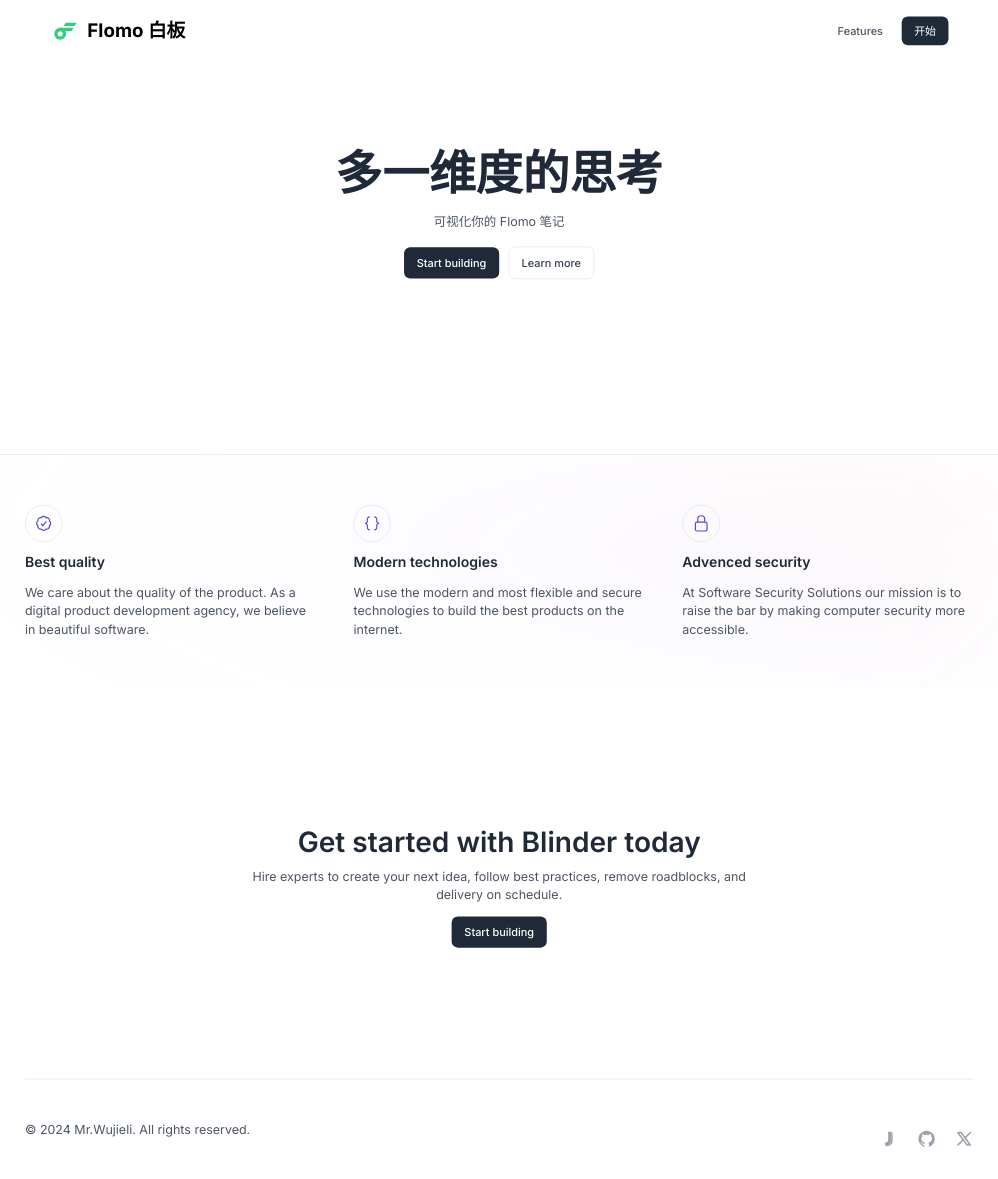
Repository: wujieli0207/flomo-board
Page: /
The author's editor kept a copy of each file at every save. The page is drawn from the files as they stood at one save, then again after the next save.
The browser window is 1280 px wide. The pictures show the whole page, at 78% of full size.
The project was rebuilt for these pictures with package versions that can differ from the ones it lists, and the page was loaded fresh each time. The framework's server and built-in components were replaced by stand-ins that run in the browser. Also part of the build but not shown: next.config.mjs.

Above is the page before, as saved 2024-06-22 20:14:24.

### app/page.tsx
import GradientWrapper from '@/components/GradientWrapper'
import Features from '@/components/ui/Features'
import Footer from '@/components/ui/Footer'
import FooterCTA from '@/components/ui/FooterCTA'
import Hero from '@/components/ui/Hero'
import Navbar from '@/components/ui/Navbar'

export default function Home() {
  return (
    <>
      <Navbar />
      <main className="flex min-h-screen flex-col items-center justify-between">
        <Hero />
        <GradientWrapper>
          <Features />
        </GradientWrapper>
        <FooterCTA />
      </main>
      <Footer />
    </>
  )
}

### app/globals.css
@tailwind base;
@tailwind components;
@tailwind utilities;

.custom-screen {
  @apply max-w-screen-xl mx-auto px-4 md:px-8;
}

.gradient-border {
  border: 1px solid transparent;
  background: linear-gradient(white, white),
    linear-gradient(
      25deg,
      rgba(209, 213, 219, 1),
      rgba(209, 213, 219, 1),
      rgba(0, 0, 0, 0.63),
      rgba(209, 213, 219, 1),
      rgba(209, 213, 219, 1)
    );
  background-clip: padding-box, border-box;
  background-origin: padding-box, border-box;
}

### components/GradientWrapper.tsx
import { ReactNode } from 'react'

interface IProps {
  children: ReactNode
  className?: string
}

const GradientWrapper = ({ children, className = '' }: IProps) => (
  <div
    className={`relative overflow-hidden my-16 border-t sm:my-28 ${
      className ?? ''
    }`}
  >
    <div
      className="blur-[100px] absolute inset-0 w-full h-full"
      style={{
        background:
          'linear-gradient(202.72deg, rgba(237, 78, 80, 0.05) 14.76%, rgba(152, 103, 240, 0.04) 34.37%, rgba(152, 103, 240, 0) 86.62%)',
      }}
    ></div>
    <div className="relative">{children}</div>
  </div>
)

export default GradientWrapper

### components/ui/Features/index.tsx
import SectionWrapper from '../../SectionWrapper'

const Features = () => {
  const features = [
    {
      icon: (
        <svg
          xmlns="http://www.w3.org/2000/svg"
          fill="none"
          viewBox="0 0 24 24"
          strokeWidth={1.5}
          stroke="currentColor"
          className="w-6 h-6"
        >
          <path
            strokeLinecap="round"
            strokeLinejoin="round"
            d="M9 12.75L11.25 15 15 9.75M21 12c0 1.268-.63 2.39-1.593 3.068a3.745 3.745 0 01-1.043 3.296 3.745 3.745 0 01-3.296 1.043A3.745 3.745 0 0112 21c-1.268 0-2.39-.63-3.068-1.593a3.746 3.746 0 01-3.296-1.043 3.745 3.745 0 01-1.043-3.296A3.745 3.745 0 013 12c0-1.268.63-2.39 1.593-3.068a3.745 3.745 0 011.043-3.296 3.746 3.746 0 013.296-1.043A3.746 3.746 0 0112 3c1.268 0 2.39.63 3.068 1.593a3.746 3.746 0 013.296 1.043 3.746 3.746 0 011.043 3.296A3.745 3.745 0 0121 12z"
          />
        </svg>
      ),
      title: 'Best quality',
      desc: 'We care about the quality of the product. As a digital product development agency, we believe in beautiful software.',
    },
    {
      icon: (
        <svg
          className="w-6 h-6"
          viewBox="0 0 24 24"
          fill="none"
          xmlns="http://www.w3.org/2000/svg"
        >
          <path
            fill-rule="evenodd"
            clip-rule="evenodd"
            d="M9 4.476V3H8.865C8.3955 3 7.941 3.093 7.5015 3.2775C7.06407 3.46087 6.66854 3.73136 6.339 4.0725C6.01829 4.39483 5.76667 4.77915 5.5995 5.202V5.2035C5.45069 5.60502 5.35097 6.02305 5.3025 6.4485V6.4515C5.25984 6.8816 5.24781 7.31419 5.2665 7.746C5.2845 8.181 5.2935 8.616 5.2935 9.0495C5.2935 9.354 5.2335 9.639 5.118 9.9075V9.909C4.89786 10.433 4.48805 10.8546 3.9705 11.0895C3.70659 11.2048 3.42148 11.2635 3.1335 11.262H3V12.738H3.135C3.4275 12.738 3.705 12.798 3.969 12.9195L3.9705 12.921C4.2375 13.038 4.464 13.197 4.653 13.398L4.656 13.401C4.851 13.596 5.0055 13.8285 5.1165 14.0985L5.118 14.1015C5.235 14.3715 5.2935 14.6535 5.2935 14.9505C5.2935 15.3855 5.2845 15.8205 5.2665 16.254C5.2485 16.698 5.2605 17.1315 5.3025 17.559V17.5605C5.352 17.985 5.451 18.3975 5.598 18.7965V18.798C5.757 19.2075 6.0045 19.584 6.339 19.9275C6.6735 20.2725 7.062 20.538 7.5015 20.7225C7.941 20.907 8.3955 21 8.8665 21H9V19.524H8.865C8.565 19.524 8.2845 19.467 8.0205 19.3515C7.76585 19.2325 7.53389 19.0701 7.335 18.8715C7.14192 18.666 6.98519 18.4291 6.8715 18.171C6.7605 17.901 6.7065 17.616 6.7065 17.3115C6.7065 16.9695 6.711 16.632 6.723 16.3035C6.735 15.9615 6.735 15.6285 6.723 15.306C6.71771 14.9845 6.69015 14.6637 6.6405 14.346C6.59278 14.0326 6.50819 13.726 6.3885 13.4325C6.15504 12.8646 5.77322 12.3698 5.283 12C5.77377 11.6304 6.15612 11.1356 6.39 10.5675C6.51 10.2795 6.5925 9.978 6.642 9.6645C6.6915 9.3495 6.7185 9.03 6.7245 8.7045C6.7365 8.3745 6.7365 8.0415 6.7245 7.7055C6.7125 7.3695 6.7065 7.0305 6.7065 6.6885C6.7039 6.25858 6.82703 5.83727 7.06076 5.47643C7.29448 5.11558 7.6286 4.83093 8.022 4.6575C8.28687 4.53605 8.57512 4.4741 8.8665 4.476H9ZM15 19.524V21H15.135C15.6045 21 16.059 20.907 16.4985 20.7225C16.938 20.538 17.3265 20.2725 17.661 19.9275C17.9955 19.5825 18.243 19.2075 18.4005 18.798V18.7965C18.5505 18.3975 18.648 17.982 18.6975 17.5515V17.5485C18.7395 17.1285 18.7515 16.698 18.7335 16.254C18.7155 15.819 18.7065 15.384 18.7065 14.9505C18.7065 14.646 18.7665 14.361 18.882 14.0925V14.091C19.1019 13.5668 19.5118 13.1452 20.0295 12.9105C20.2935 12.7954 20.5785 12.7367 20.8665 12.738H21V11.262H20.865C20.571 11.262 20.2935 11.202 20.0295 11.0805L20.028 11.079C19.7705 10.968 19.5382 10.8057 19.3455 10.602L19.3425 10.599C19.1443 10.3993 18.9878 10.1622 18.882 9.9015V9.8985C18.7648 9.63083 18.7045 9.34171 18.705 9.0495C18.705 8.6145 18.714 8.1795 18.732 7.746C18.7507 7.3107 18.7387 6.87461 18.696 6.441V6.4395C18.6474 6.01715 18.5482 5.60217 18.4005 5.2035V5.202C18.2329 4.77902 17.9807 4.39469 17.6595 4.0725C17.3299 3.7314 16.9344 3.46091 16.497 3.2775C16.0653 3.09415 15.601 2.99977 15.132 3H15V4.476H15.135C15.435 4.476 15.7155 4.533 15.978 4.6485C16.239 4.7715 16.467 4.9305 16.6635 5.1285C16.854 5.3295 17.0085 5.5635 17.127 5.829C17.238 6.099 17.292 6.384 17.292 6.6885C17.292 7.0305 17.2875 7.3665 17.2755 7.6965C17.2635 8.0385 17.2635 8.3715 17.2755 8.694C17.2815 9.027 17.3085 9.3465 17.358 9.654C17.4075 9.975 17.4915 10.278 17.61 10.5675C17.8439 11.1356 18.2263 11.6303 18.717 12C18.2263 12.3697 17.8439 12.8644 17.61 13.4325C17.4912 13.7227 17.4066 14.0257 17.358 14.3355C17.3085 14.6505 17.2815 14.97 17.2755 15.2955C17.2634 15.6284 17.2634 15.9616 17.2755 16.2945C17.2875 16.6305 17.2935 16.9695 17.2935 17.3115C17.2959 17.7414 17.1727 18.1626 16.939 18.5234C16.7053 18.8842 16.3713 19.1689 15.978 19.3425C15.7131 19.4639 15.4249 19.5259 15.1335 19.524H15Z"
            fill="currentColor"
          />
        </svg>
      ),
      title: 'Modern technologies',
      desc: 'We use the modern and most flexible and secure technologies to build the best products on the internet.',
    },
    {
      icon: (
        <svg
          xmlns="http://www.w3.org/2000/svg"
          fill="none"
          viewBox="0 0 24 24"
          strokeWidth={1.5}
          stroke="currentColor"
          className="w-6 h-6"
        >
          <path
            strokeLinecap="round"
            strokeLinejoin="round"
            d="M16.5 10.5V6.75a4.5 4.5 0 10-9 0v3.75m-.75 11.25h10.5a2.25 2.25 0 002.25-2.25v-6.75a2.25 2.25 0 00-2.25-2.25H6.75a2.25 2.25 0 00-2.25 2.25v6.75a2.25 2.25 0 002.25 2.25z"
          />
        </svg>
      ),
      title: 'Advenced security',
      desc: 'At Software Security Solutions our mission is to raise the bar by making computer security more accessible.',
    },
  ]

  return (
    <SectionWrapper>
      <div id="features" className="custom-screen text-gray-600">
        <ul className="grid gap-x-12 gap-y-8 sm:grid-cols-2 lg:grid-cols-3">
          {features.map((item, idx) => (
            <li key={idx} className="space-y-3">
              <div className="w-12 h-12 border text-indigo-600 rounded-full flex items-center justify-center">
                {item.icon}
              </div>
              <h4 className="text-lg text-gray-800 font-semibold">
                {item.title}
              </h4>
              <p>{item.desc}</p>
            </li>
          ))}
        </ul>
      </div>
    </SectionWrapper>
  )
}

export default Features

### components/ui/Footer/index.tsx
import Link from 'next/link'

const socialInfo = [
  {
    icon: (
      <svg
        className="fill-current h-6"
        viewBox="0 0 1024 1024"
        version="1.1"
        xmlns="http://www.w3.org/2000/svg"
        p-id="11966"
      >
        <path
          d="M297.88660622 864.60698169a17.99472925 17.99472925 0 0 1-1.92238933 0.35535076l61.27179093 59.73970488c58.91832035-5.41181725 116.59000035-20.90744035 159.05150293-36.26325333 42.49645511-15.39076551 77.44316302-35.15642311 104.9100288-59.38435413a221.79130027 221.79130027 0 0 0 61.02129778-87.27647574c13.18293049-33.98551325 19.77148302-73.20225565 19.77148302-117.66187804V404.55008711c0-49.51608889 0.18058809-92.43779982 0.53593885-128.73600569 0.35535075-36.3331584 0.57089138-69.10698382 0.57089138-98.42633387l-68.53609245-54.67741297c0 29.24361955-0.18058809 62.01744498-0.53593884 98.31565084s-0.53593885 79.22574222-0.53593884 128.73600569v219.57763982c0 44.45379698-6.58855253 83.6763648-19.77148303 117.62692552a221.8786816 221.8786816 0 0 1-61.02129777 87.27647573c-27.43191325 24.2221056-62.40774827 44.02854115-104.9100288 59.38435413-41.93138915 15.16357405-91.9076864 25.49787307-149.89976463 30.97959538z"
          p-id="11967"
        ></path>
        <path
          d="M634.59018525 122.59965155c0 29.27857209-0.21554062 62.08735005-0.57089138 98.39138134a13396.43221333 13396.43221333 0 0 0-0.53593885 128.77678364v219.57763982c0 44.45379698-6.58855253 83.6763648-19.80643555 117.62692552a221.85537991 221.85537991 0 0 1-60.98634525 87.27647573c-27.46686578 24.2221056-62.44852622 44.02854115-104.9100288 59.38435413s-93.15432675 25.75419165-152.07264711 31.17183432l-33.05927111-142.02379378c26.85519645-2.98261618 53.48320142-7.79441493 79.68595058-14.38879289a165.97210453 165.97210453 0 0 0 59.62902187-28.46301298c18.05880889-14.06839467 31.70194773-31.77767822 40.96436906-53.1103744 9.19251627-21.3385216 13.78294898-49.51608889 13.78294898-84.5676544 0-28.21251982 0.1048576-57.92217315 0.28544569-89.19886507 0.18058809-31.24173938 0.25049315-63.51457849 0.25049315-96.74861226 0-57.85226809-0.25049315-103.83815111-0.786432-137.99842702-0.57089138-34.16027591-0.9961472-66.04281173-1.35149795-95.68256h179.42882987l0.0524288-0.0233017z"
          p-id="11968"
        ></path>
      </svg>
    ),
    href: 'https://web.okjike.com/u/737645D8-42B5-4B4F-9687-DCA50D85DE1A',
  },
  {
    icon: (
      <svg
        className="fill-current h-6 icon"
        viewBox="0 0 1024 1024"
        version="1.1"
        xmlns="http://www.w3.org/2000/svg"
        p-id="10708"
      >
        <path
          d="M511.6 76.3C264.3 76.2 64 276.4 64 523.5 64 718.9 189.3 885 363.8 946c23.5 5.9 19.9-10.8 19.9-22.2v-77.5c-135.7 15.9-141.2-73.9-150.3-88.9C215 726 171.5 718 184.5 703c30.9-15.9 62.4 4 98.9 57.9 26.4 39.1 77.9 32.5 104 26 5.7-23.5 17.9-44.5 34.7-60.8-140.6-25.2-199.2-111-199.2-213 0-49.5 16.3-95 48.3-131.7-20.4-60.5 1.9-112.3 4.9-120 58.1-5.2 118.5 41.6 123.2 45.3 33-8.9 70.7-13.6 112.9-13.6 42.4 0 80.2 4.9 113.5 13.9 11.3-8.6 67.3-48.8 121.3-43.9 2.9 7.7 24.7 58.3 5.5 118 32.4 36.8 48.9 82.7 48.9 132.3 0 102.2-59 188.1-200 212.9 23.5 23.2 38.1 55.4 38.1 91v112.5c0.8 9 0 17.9 15 17.9 177.1-59.7 304.6-227 304.6-424.1 0-247.2-200.4-447.3-447.5-447.3z"
          p-id="10709"
        ></path>
      </svg>
    ),
    href: 'https://github.com/wujieli0207',
  },
  {
    icon: (
      <svg
        xmlns="http://www.w3.org/2000/svg"
        width="24"
        height="24"
        viewBox="0 0 24 24"
        fill="none"
        stroke="currentColor"
        stroke-width="2"
        stroke-linecap="round"
        stroke-linejoin="round"
      >
        <path stroke="none" d="M0 0h24v24H0z" fill="none" />
        <path d="M4 4l11.733 16h4.267l-11.733 -16z" />
        <path d="M4 20l6.768 -6.768m2.46 -2.46l6.772 -6.772" />
      </svg>
    ),
    href: 'https://x.com/li_wujie',
  },
]

const Footer = () => (
  <footer>
    <div className="custom-screen pt-16">
      <div className="mt-10 py-10 border-t items-center justify-between sm:flex">
        <p className="text-gray-600">
          © 2024{' '}
          <Link
            href="https://wujieli.com"
            target="_blank"
            className="hover:text-gray-800 hover:underline duration-150"
          >
            Mr.Wujieli
          </Link>
          . All rights reserved.
        </p>
        <div className="flex items-center gap-x-6 text-gray-400 mt-6">
          {socialInfo.map((item, idx) => (
            <a
              key={idx}
              href={item.href}
              aria-label="social media"
              target="_blank"
              rel="noreferrer"
            >
              {item.icon}
            </a>
          ))}
        </div>
      </div>
    </div>
  </footer>
)

export default Footer

### components/ui/FooterCTA/index.tsx
import SectionWrapper from '../../SectionWrapper'
import NavLink from '../NavLink'

const FooterCTA = () => (
  <SectionWrapper>
    <div className="custom-screen">
      <div className="max-w-2xl mx-auto text-center">
        <h2 className="text-gray-800 text-3xl font-semibold sm:text-4xl">
          Get started with Blinder today
        </h2>
        <p className="mt-3 text-gray-600">
          Hire experts to create your next idea, follow best practices, remove
          roadblocks, and delivery on schedule.
        </p>
        <NavLink
          href="/get-started"
          className="mt-4 inline-block font-medium text-sm text-white bg-gray-800 hover:bg-gray-600 active:bg-gray-900"
        >
          Start building
        </NavLink>
      </div>
    </div>
  </SectionWrapper>
)

export default FooterCTA

### components/ui/Hero/index.tsx
import NavLink from '../NavLink'

const Hero = () => (
  <section>
    <div className="custom-screen py-28 text-gray-600">
      <div className="space-y-5 max-w-4xl mx-auto text-center">
        <h1 className="text-4xl text-gray-800 font-extrabold mx-auto sm:text-6xl">
          多一维度的思考
        </h1>
        <p className="max-w-xl mx-auto">可视化你的 Flomo 笔记</p>
        <div className="flex items-center justify-center gap-x-3 font-medium text-sm">
          <NavLink
            href="/get-started"
            className="text-white bg-gray-800 hover:bg-gray-600 active:bg-gray-900 "
          >
            Start building
          </NavLink>
          <NavLink
            href="#cta"
            className="text-gray-700 border hover:bg-gray-50"
          >
            Learn more
          </NavLink>
        </div>
      </div>
    </div>
  </section>
)

export default Hero

### components/ui/Navbar/index.tsx
'use client'

import Link from 'next/link'
import { useEffect, useState } from 'react'
import Brand from '../Brand'
import NavLink from '../NavLink'

const Navbar = () => {
  const [state, setState] = useState(false)
  // const { events } = useRouter()

  const navigation = [{ title: 'Features', path: '#features' }]

  useEffect(() => {
    // Close the navbar menu when navigate
    const handleState = () => {
      document.body.classList.remove('overflow-hidden')
      setState(false)
    }
    // events.on('routeChangeStart', () => handleState())
    // events.on('hashChangeStart', () => handleState())
  }, [])

  const handleNavMenu = () => {
    setState(!state)
    document.body.classList.toggle('overflow-hidden')
  }

  return (
    <nav
      className={`bg-white w-full px-8 md:static md:text-sm ${
        state ? 'fixed z-10 h-full' : ''
      }`}
    >
      <div className="custom-screen items-center mx-auto md:flex">
        <div className="flex items-center justify-between py-3 md:py-5 md:block">
          <Brand />
          <div className="md:hidden">
            <button
              role="button"
              aria-label="Open the menu"
              className="text-gray-500 hover:text-gray-800"
              onClick={handleNavMenu}
            >
              {state ? (
                <svg
                  xmlns="http://www.w3.org/2000/svg"
                  className="h-6 w-6"
                  viewBox="0 0 20 20"
                  fill="currentColor"
                >
                  <path
                    fillRule="evenodd"
                    d="M4.293 4.293a1 1 0 011.414 0L10 8.586l4.293-4.293a1 1 0 111.414 1.414L11.414 10l4.293 4.293a1 1 0 01-1.414 1.414L10 11.414l-4.293 4.293a1 1 0 01-1.414-1.414L8.586 10 4.293 5.707a1 1 0 010-1.414z"
                    clipRule="evenodd"
                  />
                </svg>
              ) : (
                <svg
                  xmlns="http://www.w3.org/2000/svg"
                  fill="none"
                  viewBox="0 0 24 24"
                  strokeWidth={1.5}
                  stroke="currentColor"
                  className="w-6 h-6"
                >
                  <path
                    strokeLinecap="round"
                    strokeLinejoin="round"
                    d="M3.75 6.75h16.5M3.75 12h16.5m-16.5 5.25h16.5"
                  />
                </svg>
              )}
            </button>
          </div>
        </div>
        <div
          className={`flex-1 pb-3 mt-8 md:pb-0 md:mt-0 md:block ${
            state ? '' : 'hidden'
          }`}
        >
          <ul className="text-gray-700 justify-end items-center space-y-6 md:flex md:space-x-6 md:space-y-0 md:text-gray-600 md:font-medium">
            {navigation.map((item, idx) => {
              return (
                <li key={idx} className="duration-150 hover:text-gray-900">
                  <Link href={item.path} className="block">
                    {item.title}
                  </Link>
                </li>
              )
            })}
            <li>
              <NavLink
                href="/get-started"
                className="block font-medium text-sm text-white bg-gray-800 hover:bg-gray-600 active:bg-gray-900 md:inline"
              >
                开始
              </NavLink>
            </li>
          </ul>
        </div>
      </div>
    </nav>
  )
}

export default Navbar

### components/SectionWrapper.tsx
import { ReactNode } from 'react'

interface IProps {
  children: ReactNode
  id?: string
  className?: string
}

const SectionWrapper = ({ children, id, className }: IProps) => (
  <section id={id} className={`py-16 ${className ?? ''}`}>
    {children}
  </section>
)

export default SectionWrapper

### components/ui/NavLink/index.tsx
import Link from 'next/link'
import { ReactNode } from 'react'

interface IProps {
  children: ReactNode
  href: string
  className?: string
}

const NavLink = ({ children, href, className = '' }: IProps) => (
  <Link
    href={href}
    className={`py-2.5 px-4 text-center rounded-lg duration-150 ${className}`}
  >
    {children}
  </Link>
)

export default NavLink

### components/ui/Brand/index.tsx
import Image from 'next/image'
import Link from 'next/link'

const Brand = () => (
  <Link href="/" className="flex items-center">
    <Image src="/logo.svg" width={40} height={40} alt="logo" />
    <h1 className="ml-2 text-2xl font-bold">Flomo 白板</h1>
  </Link>
)
export default Brand

### tailwind.config.ts
import type { Config } from 'tailwindcss'

const config: Config = {
  content: [
    './pages/**/*.{js,ts,jsx,tsx,mdx}',
    './components/**/*.{js,ts,jsx,tsx,mdx}',
    './app/**/*.{js,ts,jsx,tsx,mdx}',
  ],
  theme: {
    extend: {
      backgroundImage: {
        'gradient-radial': 'radial-gradient(var(--tw-gradient-stops))',
        'gradient-conic':
          'conic-gradient(from 180deg at 50% 50%, var(--tw-gradient-stops))',
      },
    },
  },
  plugins: [
    require('@tailwindcss/forms')({
      strategy: 'class', // only generate classes
    }),
  ],
}
export default config

Loaded but not shown: app/layout.tsx (common file)

After the next save:
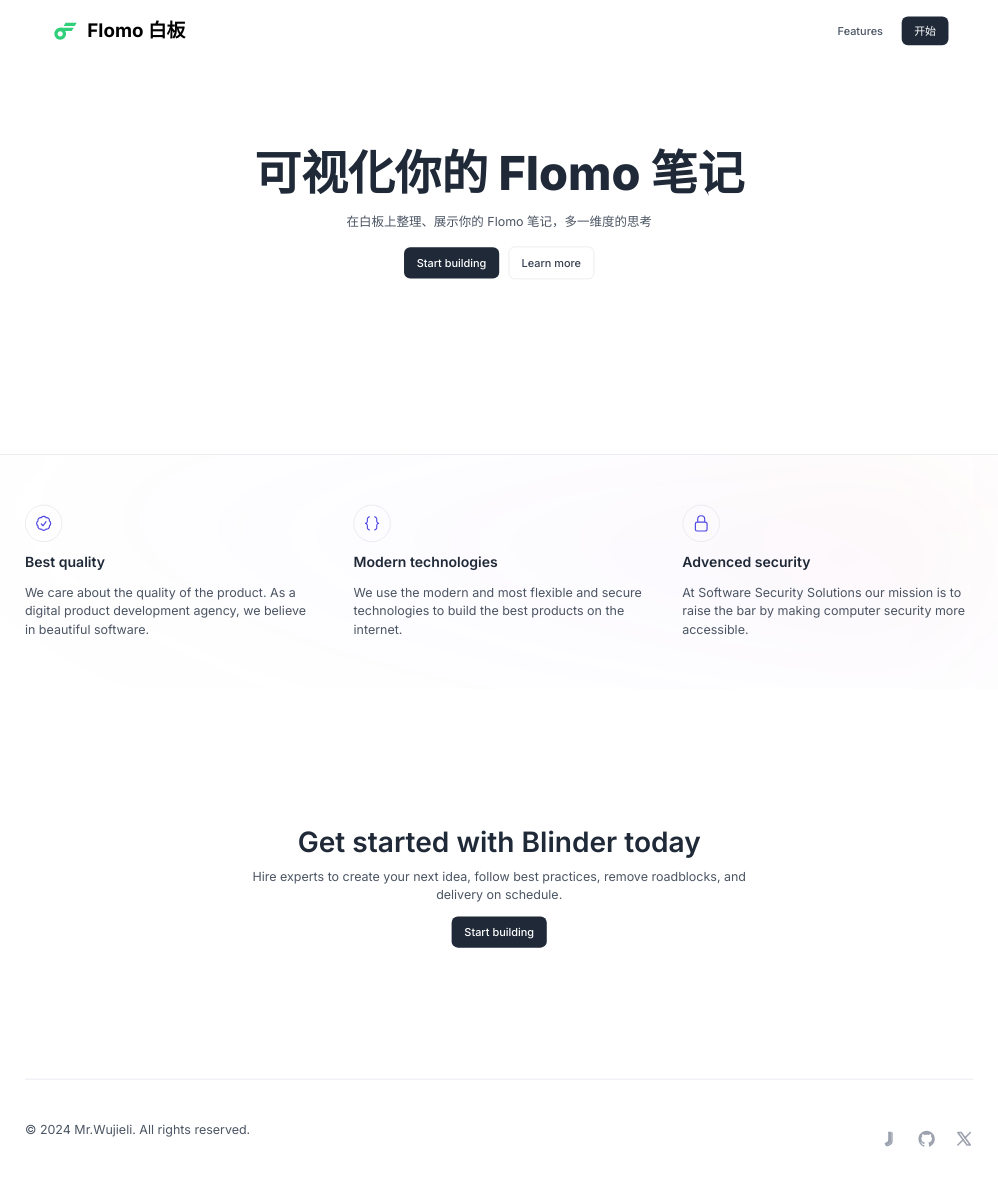
Saved 2 min 50 s later.
--- a/components/ui/Hero/index.tsx
+++ b/components/ui/Hero/index.tsx
@@ -5,9 +5,11 @@
     <div className="custom-screen py-28 text-gray-600">
       <div className="space-y-5 max-w-4xl mx-auto text-center">
         <h1 className="text-4xl text-gray-800 font-extrabold mx-auto sm:text-6xl">
-          多一维度的思考
+          可视化你的 Flomo 笔记
         </h1>
-        <p className="max-w-xl mx-auto">可视化你的 Flomo 笔记</p>
+        <p className="max-w-xl mx-auto">
+          在白板上整理、展示你的 Flomo 笔记，多一维度的思考
+        </p>
         <div className="flex items-center justify-center gap-x-3 font-medium text-sm">
           <NavLink
             href="/get-started"
